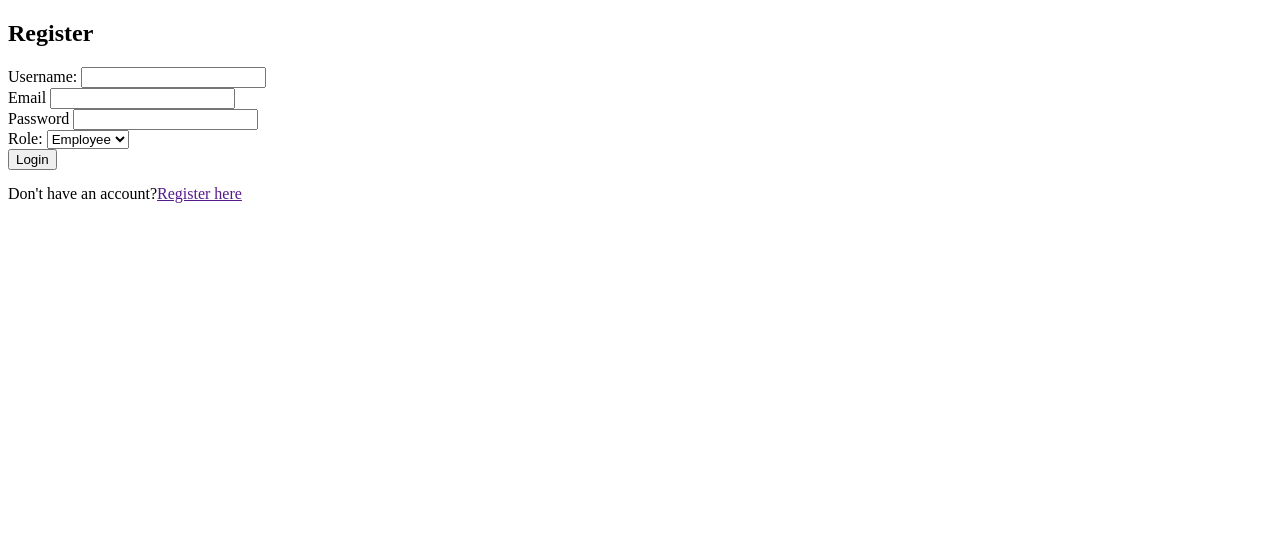
Repository: NarendarPaindla/csAlpha
Page: http://localhost/employeeLeaveMangement/register.jsp
An editor plug-in stored every save of this project. The page is shown before and after the next save, followed by the edit.
The browser window is 1280 px wide. The pictures show the whole page.
The page is served by Tomcat 10.

Above is the page before, as saved 2025-02-03 04:43:35.

After the next save:
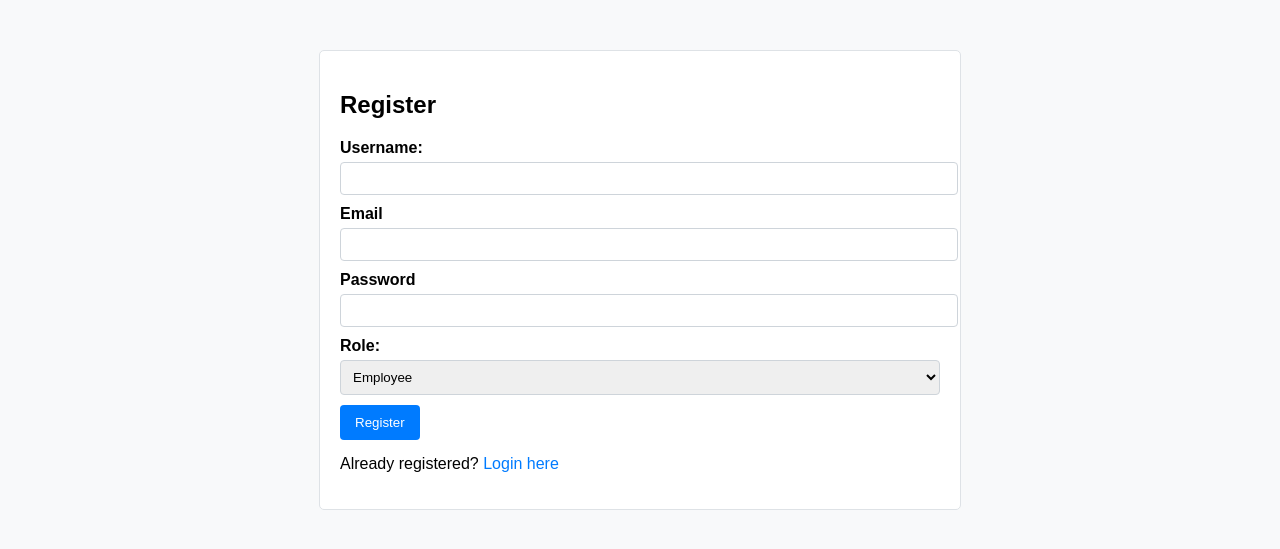
Saved 2 min 31 s later.
--- a/employeeLeaveMangement/src/main/webapp/register.jsp
+++ b/employeeLeaveMangement/src/main/webapp/register.jsp
@@ -4,7 +4,62 @@
 <html>
 <head>
 <meta charset="UTF-8">
-<title>Insert title here</title>
+<title>Register</title>
+<style>
+body {
+        font-family: Arial, sans-serif;
+        background-color: #f8f9fa;
+      }
+      .container {
+        max-width: 600px;
+        margin: 50px auto;
+        background: #fff;
+        padding: 20px;
+        border: 1px solid #dee2e6;
+        border-radius: 5px;
+      }
+      h2 {
+        margin-bottom: 20px;
+      }
+      .form-label {
+        display: block;
+        margin-bottom: 5px;
+        font-weight: bold;
+      }
+      .form-control {
+        width: 100%;
+        padding: 8px;
+        margin-bottom: 10px;
+        border: 1px solid #ced4da;
+        border-radius: 4px;
+      }
+      .btn {
+        padding: 10px 15px;
+        border: none;
+        border-radius: 4px;
+        background-color: #007bff;
+        color: white;
+        cursor: pointer;
+      }
+      .btn:hover {
+        background-color: #0056b3;
+      }
+      .alert {
+        padding: 10px;
+        background-color: #d1ecf1;
+        border: 1px solid #bee5eb;
+        border-radius: 4px;
+        margin-bottom: 10px;
+        color: #0c5460;
+      }
+      a {
+        color: #007bff;
+        text-decoration: none;
+      }
+      a:hover {
+        text-decoration: underline;
+      }
+</style>
 </head>
 <body>
 <div class="container">
@@ -30,10 +85,10 @@
 <option value="admin">Admin</option>
 </select>
 </div>
-<button type="submit" class="btn">Login</button>
+<button type="submit" class="btn">Register</button>
 </form>
 <p style="margin-top: 15px;">
-Don't have an account?<a href="">Register here</a>
+Already registered? <a href="login.jsp">Login here</a>
 </p>
 </div>
 </body>
